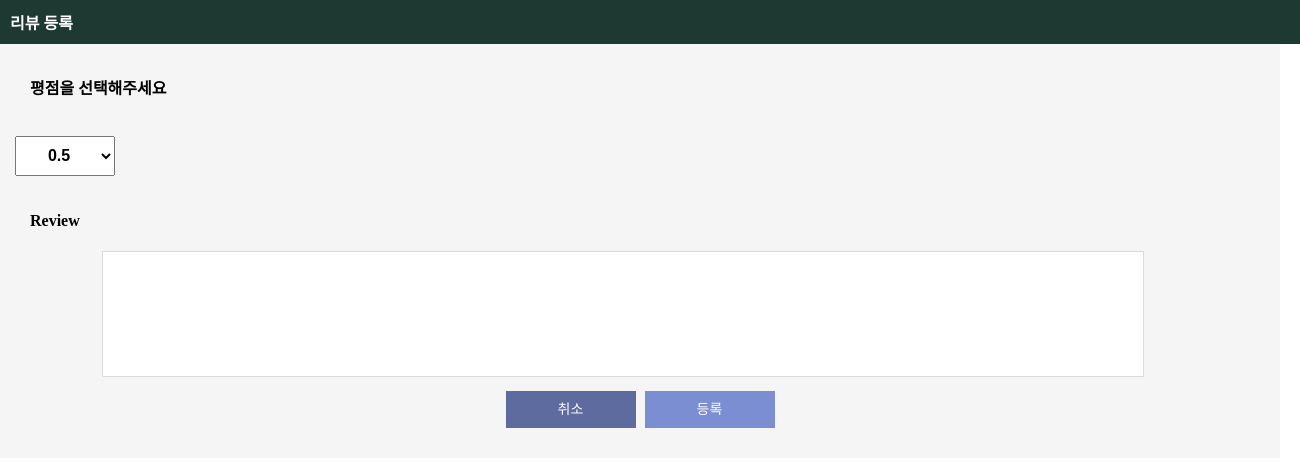
Repository: KimYoungHwans/Yproject
Page: http://localhost/Yproject/WEB-INF/views/replyEnroll.jsp
An editor plug-in stored every save of this project. The page is shown before and after the next save, followed by the edit.
The browser window is 1280 px wide. The page is 1300 px wide, so the pictures cover 1300 px, including what lies to the right of the window. The pictures show the whole page.
The page is served by Tomcat 9. Nobody is signed in. Other server files are loaded and not shown. The template is opened directly, without the code that normally fills it, so the values that code supplies are empty.

Above is the page before, as saved 2023-01-18 07:17:21.

### workspace/Yproject/src/main/webapp/WEB-INF/views/replyEnroll.jsp
<%@ page language="java" contentType="text/html; charset=UTF-8"
    pageEncoding="UTF-8"%>
<!DOCTYPE html>
<html>
<head>
<meta charset="UTF-8">
<title>Insert title here</title>

<script
  src="https://code.jquery.com/jquery-3.4.1.js"
  integrity="sha256-WpOohJOqMqqyKL9FccASB9O0KwACQJpFTUBLTYOVvVU="
  crossorigin="anonymous"></script>

   <style type="text/css">
  	/* 창 여분 없애기 */
  	body{
  		margin : 0;
  	}
  	/* 전체 배경화면 색상 */
  	.wrapper_div{
		background-color: #f5f5f5;
	    height: 100%;
  	}
 	/* 팝업창 제목 */
  	.subject_div{
	    width: 100%;
	    background-color: #1E3932;
	    color: white;
	    padding: 10px;
	    font-weight: bold;

  	}

  	/* 컨텐츠, 버튼 영역 padding */
  	.input_wrap{
  		padding: 30px;
  	}
  	.btn_wrap{
  		padding: 5px 30px 30px 30px;
  		text-align: center;
  	}

  	/* 버튼 영역 */
  	.cancle_btn{
  		margin-top:5px;
  		margin-right:5px;
  	    display: inline-block;
	    width: 130px;
	    background-color: #5e6b9f;
	    padding-top: 10px;
	    height: 27px;
	    color: #fff;
	    font-size: 14px;
	    line-height: 18px;
  	}
  	.enroll_btn{
   	    display: inline-block;
	    width: 130px;
	    background-color: #7b8ed1;
	    padding-top: 10px;
	    height: 27px;
	    color: #fff;
	    font-size: 14px;
	    line-height: 18px;
  	}

	/* 상품제목 영역 */
	.productName_div h2{
		margin : 0;
	}
  	/* 평점 영역 */
  	.rating_div{
  		padding-top: 10px;
  	}
  	.rating_div h4{
  		margin-left: 30px;
  	}
  	select{
  	margin: 15px;
    width: 100px;
    height: 40px;
    text-align: center;
    font-size: 16px;
    font-weight: 600;
  	}
  	/* 리뷰 작성 영역 */
  	.content_div{

  	}
  	.content_div h4{
  		margin-left : 30px;
  	}
  	textarea{
		width: 80%;
	    height: 100px;
	    border: 1px solid #dadada;
	    padding: 12px 8px 12px 8px;
	    font-size: 15px;
	    color: #a9a9a9;
	    resize: none;
	  margin-left: 8%;

  	}

  </style>
</head>
<body>

	<div class="wrapper_div">
		<div class="subject_div">
			리뷰 등록
		</div>

		<div class="rating_div">
			<h4> 평점을 선택해주세요 </h4>
				<select name="rating">
					<option value="0.5">0.5</option>
					<option value="1.0">1.0</option>
					<option value="1.5">1.5</option>
					<option value="2.0">2.0</option>
					<option value="2.5">2.5</option>
					<option value="3.0">3.0</option>
					<option value="3.5">3.5</option>
					<option value="4.0">4.0</option>
					<option value="4.5">4.5</option>
					<option value="5.0">5.0</option>
				</select>
		</div>
		<div class="content_div">
			<h4>Review</h4>
			<textarea name="content"></textarea>
		</div>

		<div class="btn_wrap">
			<a class="cancle_btn">취소</a>
			<a class="enroll_btn">등록</a>
		</div>

	</div>


	<script>

	//취소 버튼
	$(".cancle_btn").on("click", function(e){

		window.close();
	});


	//등록 버튼
	$(".enroll_btn").on("click",function(e){

		const productId = '${productIntro.productId}';
		const memberId = '${memberId}';
		const rating = $("select").val();
		const content = $("textarea").val();

		const data = {
				productId : productId,
				memberId : memberId,
				rating : rating,
				content : content
		}

		$.ajax({
			data : data,
			type : 'POST',
			url : '/reply/enroll',
			success : function(result){

				//댓글 초기화 후 팝업 창 닫아주기
				$(opener.location).attr("href", "javascript:replyListInit();");
				window.close();

			}

		});
	});

	</script>

</body>
</html>

After the next save:
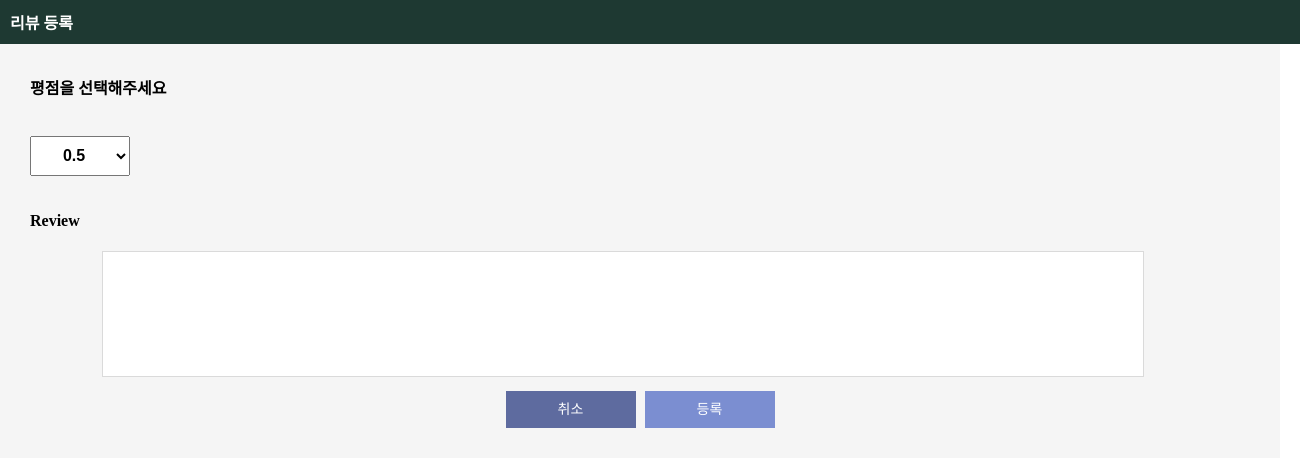
Saved 47 s later.
--- a/workspace/Yproject/src/main/webapp/WEB-INF/views/replyEnroll.jsp
+++ b/workspace/Yproject/src/main/webapp/WEB-INF/views/replyEnroll.jsp
@@ -77,6 +77,7 @@
   	}
   	select{
   	margin: 15px;
+  	margin-left : 30px;
     width: 100px;
     height: 40px;
     text-align: center;
